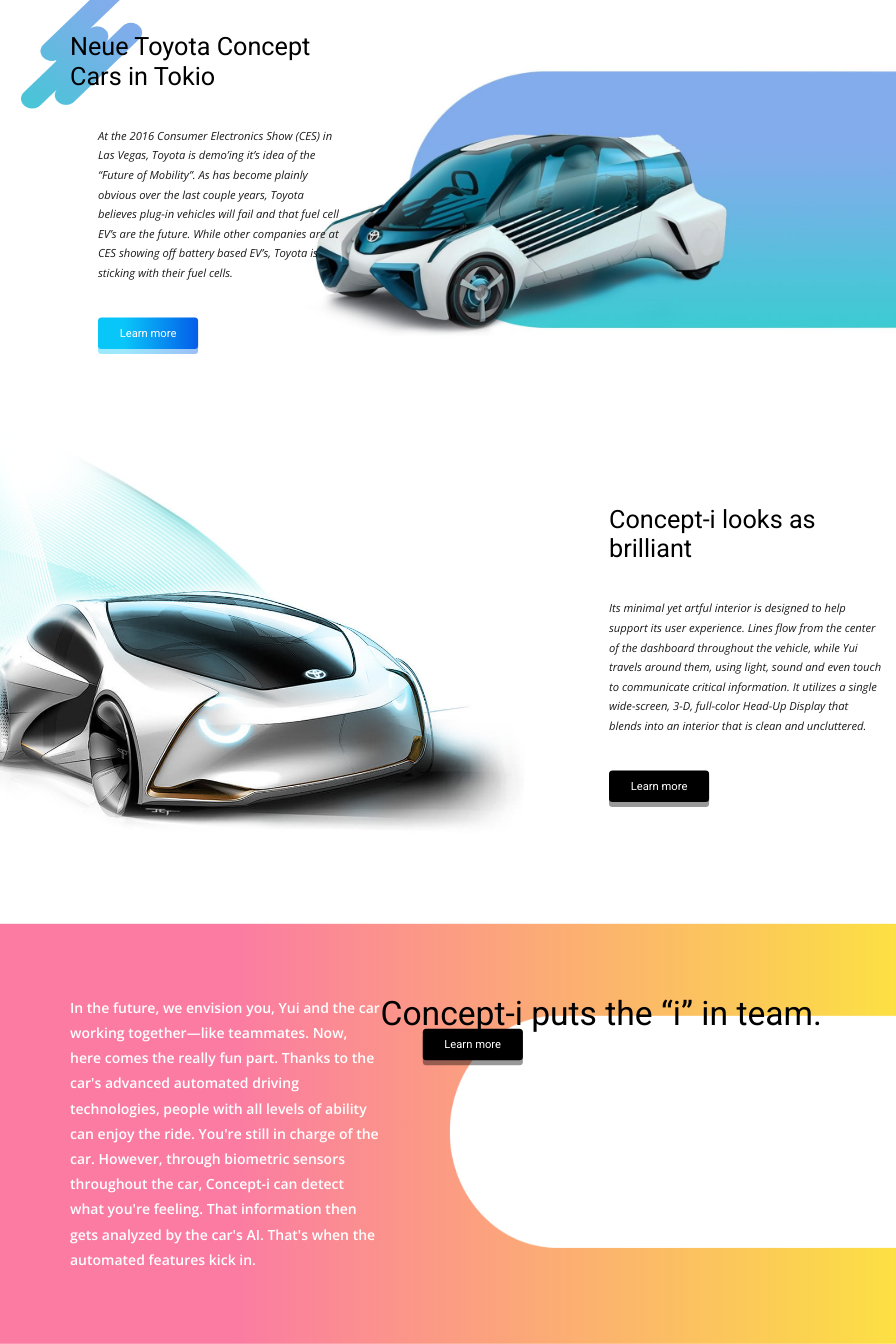
Repository: ThanhThn/Moto-Toyota
Page: index.html
The author's editor kept a copy of each file at every save. The page is drawn from the files as they stood at one save, then again after the next save.
The browser window is 1280 px wide. The pictures show the part of the page from y = 2024 to 3944 px (the page is 3944 px tall), at 70% of full size.

Above is the page before, as saved 2022-07-07 13:21:22.

### index.html
<!DOCTYPE html>
<html lang="en">
<head>
    <meta charset="UTF-8">
    <meta http-equiv="X-UA-Compatible" content="IE=edge">
    <meta name="viewport" content="width=device-width, initial-scale=1.0">
    <title>Document</title>
    <!-- === CSS Files === -->
    <link rel="stylesheet" href="css/style.css">
</head>
<body>
    <!-- === Main Container Start === -->
    <div class="main-container">
        <!-- === Heading Start === -->
        <div class="heading">
            <div class="logo">
                <a href="#"><img src="images/logo.png" alt="logo"></a>
            </div>
            <div class="menu">
                <ul class="nav">
                    <li><a href="#" class="chossen">Home</a></li>
                    <li><a href="#">About</a></li>
                    <li><a href="#">Contact</a></li>
                </ul>
            </div>
        </div>
        <!-- === Heading End === -->
        <!-- === Content Start === -->
        <div class="content">
            <!-- === Slider start === -->
            <div class="slider-container">
                <img src="images/7502b12d9a12f809e3996ea2e26b5c30.jpeg" alt="">
                <div class="slider-content">
                    <h1>Toyota Concept-i Series</h1>
                    <p>Toyota Concept-i and its forward-thinking UX hold a mirror up to a future that is warm, friendly, engaging and, most of all—fun. Without further ado, meet Concept-i.</p>
                </div>
            </div>
            <!-- === Slider End === -->
            <!-- === Content Start === -->
            <section class="body-container-content">
                <img class="overflow-img img-defaut" src="images/6f5de08df6c1a4f14c65050e1ff59f2c.jpeg" alt="">
                <div class="body-content">
                    <h3 class="heading-content" >The future has arrived.</h3>
                    <p class="text-content">While we can't predict the future, we can inspire it. So what will our cars look like and how will they function? Will we drive them or will they drive us? That seems to be the question on everyone's mind. Well, we have an idea. Cars are for people who want to go to more places safely and efficiently</p>
                    <div class="yellow-btn">Learn more</div>
                    <img src="images/bd87ca380d82a1c6fad66fa9fc53bc48.png" alt=""  class="paint paint-1">
                </div>
                <img src="images/logo.png" alt="" class="logo-cover logo-body">

            </section>
            <section class="body-container-content">
                <div class="body-content">
                    <h3 class="heading-content">
                        <p>Less of a machine.</p>
                        <p>More of a pal.</p>
                    </h3>
                    <p class="text-content" style="margin-left:20px;">
                        Concept-i follows our belief that vehicles shouldn't start with technology—they should start, and end, with the experience of the people who use them. Therefore, Concept-i was built from the inside out, with a focus on making it immersive, energetic and, most importantly—approachable.
                    </p>
                    <div class="black-btn" style="margin-left:20px;">Learn more</div>
                </div>
                <img src="images/094e953db5791c71cbf6cb2692c9da18.jpeg" alt=""  class="img">
            </section>
            <!-- === Content End === -->
            <section class="body-container-content">
                <div class="body-content">
                    <h3 class="heading-content">
                        Neue Toyota Concept Cars in Tokio
                    </h3>
                    <p class="text-content">
                        At the 2016 Consumer Electronics Show (CES) in Las Vegas, Toyota is demo’ing it’s idea of the “Future of Mobility”.  As has become plainly obvious over the last couple years, Toyota believes plug-in vehicles will fail and that fuel cell EV’s are the future.  While other companies are at CES showing off battery based EV’s, Toyota is sticking with their fuel cells.
                    </p>
                    <div class="blue-btn">Learn more</div>
                    <img src="images/93c8d638317c741291e390fb2c10a215.png" alt="" class="paint paint-2">
                </div>
                <img src="images/8be8de663c4ab7eee8b3e53c31cbb581.jpeg" alt=""  class="img" id="img-center">
            </section>
            <section class="body-container-content">
                <img src="images/4c134e2df3106c5e28f93f94161e3242.png" alt=""  class="overflow-img img-defaut" style="width: 760px; height: 636px;">
                <div class="body-content" style="margin-bottom: 60px;">
                    <h3 class="heading-content" >
                        Concept-i looks as brilliant
                    </h3>
                    <p class="text-content" style="margin-left:20px;">
                        Its minimal yet artful interior is designed to help support its user experience. Lines flow from the center of the dashboard throughout the vehicle, while Yui travels around them, using light, sound and even touch to communicate critical information. It utilizes a single wide-screen, 3-D, full-color Head-Up Display that blends into an interior that is clean and uncluttered.
                    </p>
                    <div class="black-btn" style="margin-left:20px;">Learn more</div>
                </div>
            </section>
            <section class="content-center body-container-content">
                <div  class="text-content" id="text">
                    <p>
                        In the future, we envision you, Yui and the car working together—like teammates. Now, here comes the really fun part. Thanks to the car's advanced automated driving technologies, people with all levels of ability can enjoy the ride. You're still in charge of the car. However, through biometric sensors throughout the car, Concept-i can detect what you're feeling. That information then gets analyzed by the car's AI. That's when the automated features kick in.
                    </p>
                </div>
                <div class="i-team">
                    <img src="images/c7a5eef7434a3c41abc67dbea4472211.png" alt="">
                    <div>
                        <h3>Concept-i puts the “i” in team.</h3>
                        <div class="black-btn" id="black-btn-1">Learn more</div>
                    </div>
                </div>
            </section>
        </div>
        <!-- === Content End === -->
    </div>
    <!-- === Main Container End === -->
    <!-- === JS Files === -->
    <script src="js/script.js"></script>
</body>
</html>

### css/style.css
@import url('https://fonts.googleapis.com/css2?family=Open+Sans:ital,wght@0,600;0,700;1,400;1,600&family=Roboto&display=swap');
:root{
    --text: #1a1a1a;
    --text-chossen:#478ac9;
    --heading-family: 'Roboto', sans-serif;
    --body-family: 'Open Sans', sans-serif;
}
*
{
    margin: 0;
    padding: 0;
    outline: none;
    text-decoration: none;
    box-sizing: border-box;
}
.overflow-img
{
    overflow: hidden;
}

.img-defaut
{
    object-fit: cover;
}
.logo-cover
{
    width: 65px !important;
    height: 60px !important;
    opacity: 0.25;
}
.paint
{
    width: 173px  !important;
    height: 186px !important;
    position: absolute;
    z-index: -1;
}
.heading
{
    height: 115px;
    width: 100%;
    display : flex;
    justify-content: space-around;
}
.heading .logo{
    width: 92px;
    height: 92px;
    margin-top: 11.5px;
}
.heading .logo a img
{
    width: 92px;
    height: 92px;
}
.heading .menu .nav
{
    font-family:var(--body-family);
    font-size: 16px;
    font-weight: 700;
    list-style: none;
    display: flex;
    padding: 14px 0px 14px 0px;
    margin-top: 50px;
}
.heading .menu .nav li
{
    padding: 0px 20px 0px 20px;
}
.heading .menu .nav  li a
{
    color: var(--text);
}
.chossen
{
    color: var(--text-chossen) !important;
}

.slider-container
{
    text-align: center;
}
.slider-container img
{
    display: block;
    height: 260px;
    width: 820px;
    margin-left: auto;
    margin-right: auto;
    margin-top: 54px;
}
.slider-content
{
    width: 784px;
    height: 324px;
    margin-left: auto;
    margin-right: auto;
    margin-top: 20px;
}
.slider-content h1
{
    font-family: var(--heading-family);
    font-size: 72px;
    font-weight: 400;
    padding: 20px 13px 0 13px ;
}
.slider-content p
{
    font-family: var(--body-family);
    font-size: 20px;
    font-style: italic;
    opacity: 0.6;
    font-weight: 600;
    padding: 20px 13px 0 13px ;
}
.body-container-content
{
    display: flex;
    margin: 99px auto 0 0;
    align-items: flex-end;
    justify-content: space-between;
}

.body-container-content img
{
    width:  calc(((100% - 1140px) / 2) + 656px);;
    display: block;
    height: 464px;
    object-position: 100% 0%;
    background-position: 100% 0%;
}

.body-container-content .body-content
{
    position: relative;
    width: 430px;
    height: 480px;
    margin-left: 80px;

    z-index: 1;
}

.body-content .heading-content
{
    font-family: var(--heading-family);
    font-size: 36px;
    font-weight: 400;
    margin: 40px 0 0 20px;
}
.body-content .text-content
{
    font-family: var(--body-family);
    font-weight: 400;
    opacity: 0.9;
    font-style: italic;
    margin: 50px 20px 0 60px;
    word-wrap: break-word;
    line-height: 28px;
}

.yellow-btn
{
    color: #fff;
    width: 143px;
    height: 45px;
    background-image: linear-gradient(to left, #fce043 0%, #fb7ba2 74%);
    border: none;
    border-radius: 5px ;
    display: flex;
    justify-content: center;
    align-items: center;
    font-family: var(--heading-family);
    margin: 50px 0 0 60px;
}
.yellow-btn::before {
    content: "";
    background: linear-gradient(to left, #fce043 0%, #fb7ba2 74%);
    position: absolute;
    opacity: 0.4;
    width: 143px;
    height: 45px;
    border-radius: 5px;
    transform: translateY(7px);
    z-index: -1;
}
.black-btn
{
    background-color: #000;
    color: #fff;
    box-shadow: 0 7px rgba(0, 0, 0, 0.4);
    width: 143px;
    height: 45px;
    border: none;
    border-radius: 5px ;
    display: flex;
    justify-content: center;
    align-items: center;
    font-family: var(--heading-family);
    margin: 50px 0 0 60px;
}
.black-btn:active
{
    transform: translateY(7px);
    box-shadow: none;
}

.blue-btn
{
    color: #fff;
    width: 143px;
    height: 45px;
    background-image: linear-gradient(to left, #045de9 0%, #09c6f9 74%);
    border: none;
    border-radius: 5px ;
    display: flex;
    justify-content: center;
    align-items: center;
    font-family: var(--heading-family);
    margin: 50px 0 0 60px;
}
.blue-btn::before {
    content: "";
    background: linear-gradient(to left, #045de9 0%, #09c6f9 74%);
    position: absolute;
    opacity: 0.4;
    width: 143px;
    height: 45px;
    border-radius: 5px;
    transform: translateY(7px);
    z-index: -1;
}

.body-container-content .logo-body
{
    position: relative;
    top: -30px;
    right: 1100px;
}

.body-container-content .paint-1
{
    top: -36px;
    right: 308px;
}
.body-container-content .paint-2
{
    top: -36px;
    left: -50px;
}
.body-container-content .img
{
    width: 860px;
    height: 400px;
    position: absolute;
    right: 0;
}
.body-container-content #img-center
{
    margin: auto 0 auto 0;
}
.content-center
{
    display: flex;
    height: 600px;
    background-image: linear-gradient(to left, #fce043 0%, #fb7ba2 74%);;
}
#text
{
    width: 480px;
    font-family: var(--body-family);
    font-size: 20px;
    font-weight: 600 ;
    color: #fff;
    margin: auto 0 auto 100px;
    line-height: 36px;
}
.i-team
{
    position: relative;
    margin: auto 0 auto 0;
}
.content-center img
{
    width: 100%;
    height: 400px;
}
.content-center h3
{
    font-family: var(--heading-family);
    font-weight: 400;
    font-size: 48px;
    position: absolute;
    top:0;
}
.i-team #black-btn-1
{
    position: absolute;
    top: 0;
}

Loaded but not shown: js/script.js (no copy from this time; the picture is the same without it)

After the next save:
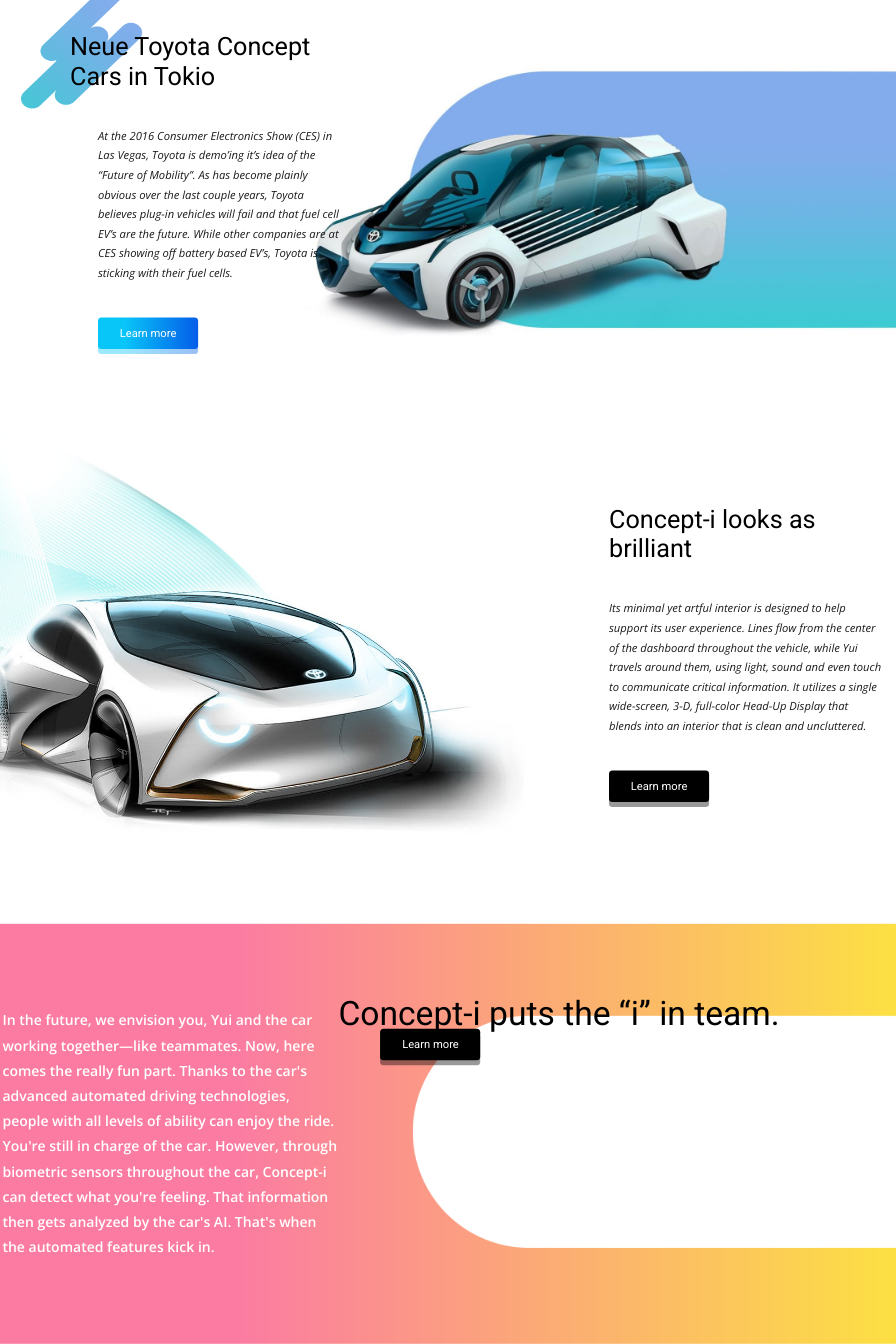
Saved 25 s later.
--- a/css/style.css
+++ b/css/style.css
@@ -270,7 +270,7 @@
     font-size: 20px;
     font-weight: 600 ;
     color: #fff;
-    margin: auto 0 auto 100px;
+    margin: auto 0 auto auto;
     line-height: 36px;
 }
 .i-team
